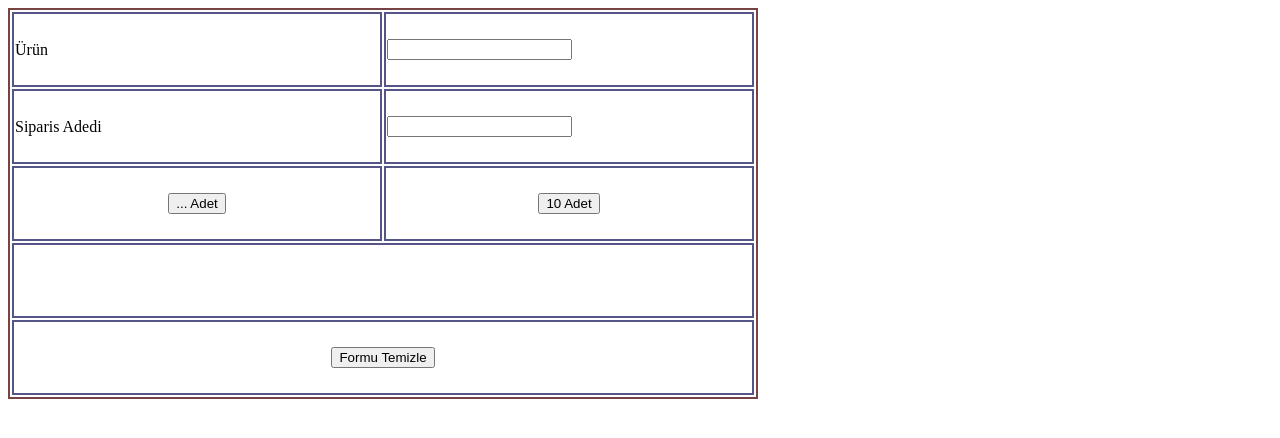
Repository: emrebolukbas/.js-Training-Tobeto
Page: 3-Siparis/public/Siparis.html
An editor plug-in stored every save of this project. The page is shown before and after the next save, followed by the edit.
The browser window is 1280 px wide. The pictures show the whole page.

Above is the page before, as saved 2023-10-08 12:32:55.

After the next save:
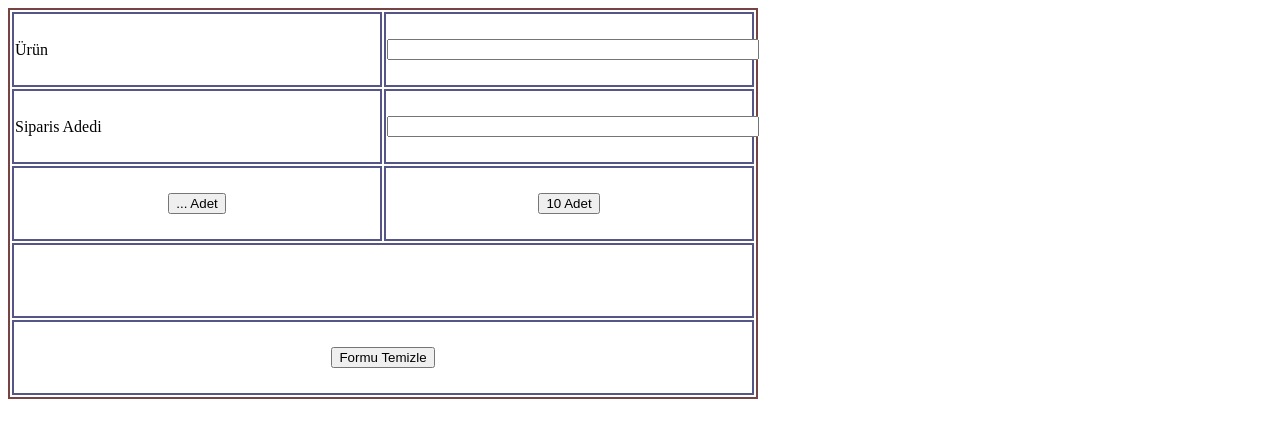
Saved 40 s later.
--- a/3-Siparis/public/Siparis.css
+++ b/3-Siparis/public/Siparis.css
@@ -8,6 +8,8 @@ table.table-1 {
 
 tr.tr-1 {
 	height: 75px;
+}
+tr.tr-1 input {
 	width: 100%;
 }
 
